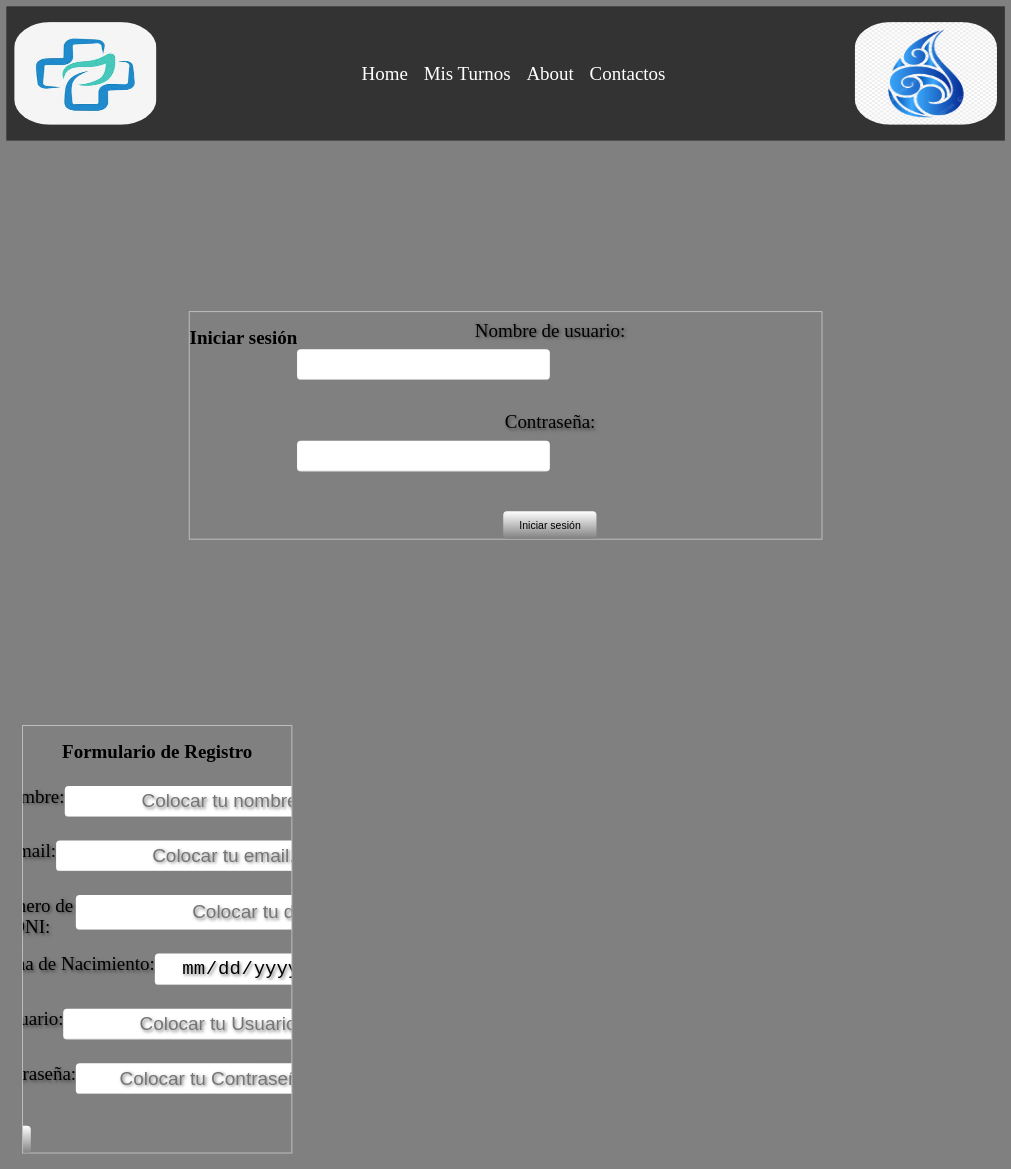
Repository: mauro8778/TurnoClinica
Page: / (app in front/vite-project/)
The author's editor kept a copy of each file at every save. The page is drawn from the files as they stood at one save, then again after the next save.
The browser window is 1280 px wide. The pictures show the whole page, at 79% of full size.
The project was rebuilt for these pictures with package versions that can differ from the ones it lists, and the page was loaded fresh each time. Also part of the build but not shown: front/vite-project/vite.config.js.

Above is the page before, as saved 2024-04-14 14:01:23.

After the next save:
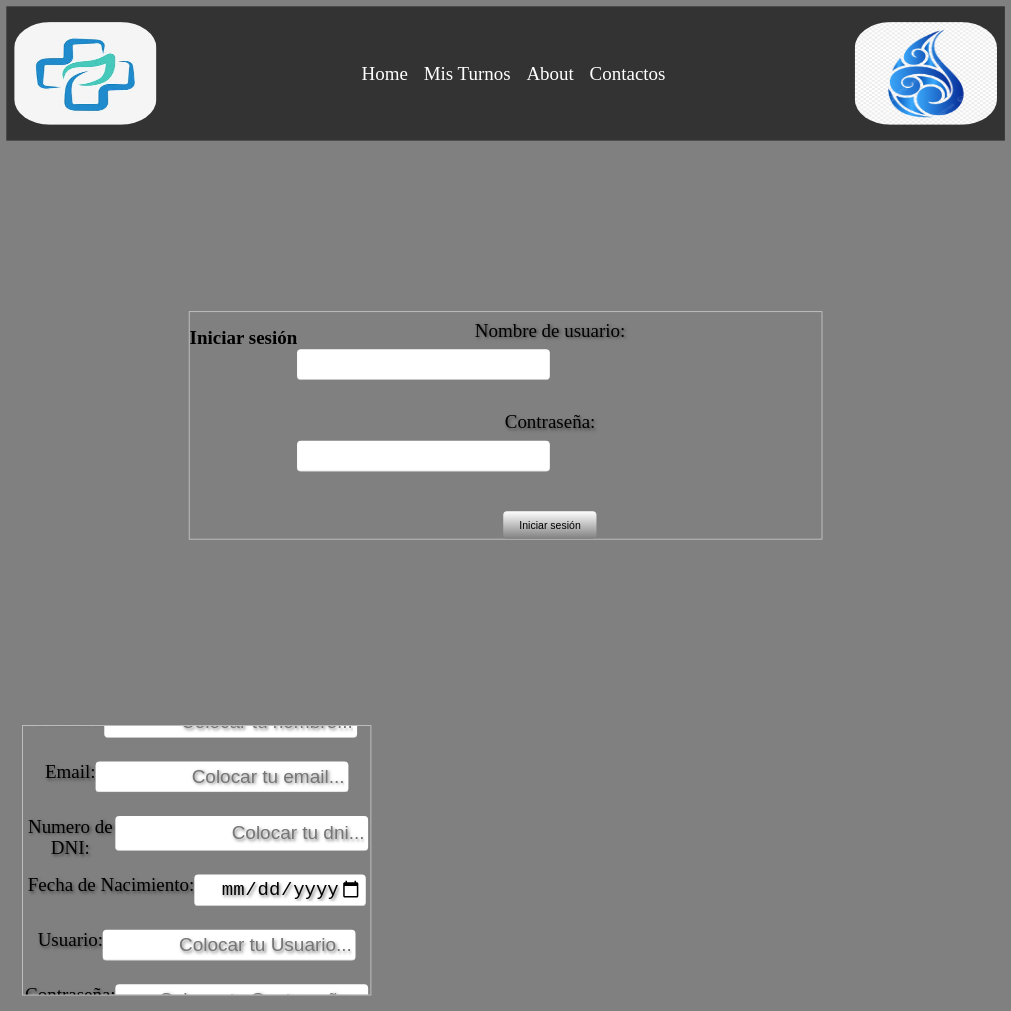
Saved 15 s later.
--- a/front/vite-project/src/views/Register/Register.css
+++ b/front/vite-project/src/views/Register/Register.css
@@ -3,8 +3,8 @@
     flex-direction: column;
     justify-content: center; /* Centra verticalmente */
     align-items: center; /* Centra horizontalmente */
-    width: 300px;
-    height: 500px;
+    width: 400px;
+    height: 300px;
     margin: 20px;
     padding: 20px;
     position: relative;
